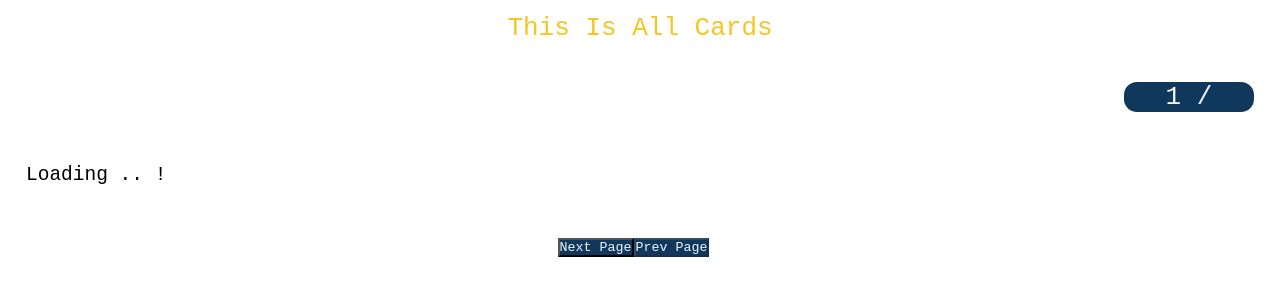
Repository: rehamtaher10/reactQueryTask
Page: /
These files come from the project's save history. The page is drawn as it stood at one moment and after a run of saves; the edit follows.
The browser window is 1280 px wide. The pictures show the whole page.
The page's requests for data from a server got no answer. The project was rebuilt for these pictures with package versions that can differ from the ones it lists, and the page was loaded fresh each time. No one was signed in, and anything a server would have sent is missing. Also part of the build but not shown: vite.config.js.

Above is the page before, as saved 2024-12-07 20:23:55.

After the next 2 saves:
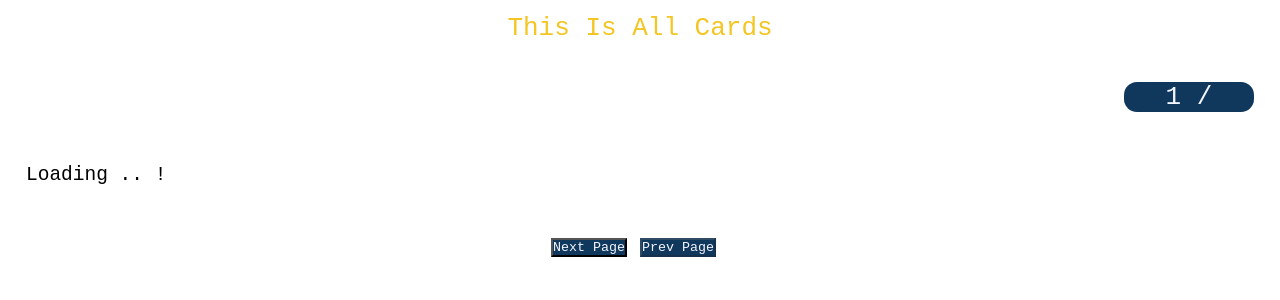
The 2 saves are shown as one change because they came seconds apart.
The last was saved 15 s later.
--- a/src/style/app.css
+++ b/src/style/app.css
@@ -63,11 +63,11 @@ h1{
     display: flex;
     align-items: center;
     justify-content: center;
-    margin-right: 1rem;
 
 }
 .pagination button{
     background-color:#10375C ;
     color: #F4F6FF;
     direction: ltr;
+    margin-right: 1rem;
 }
